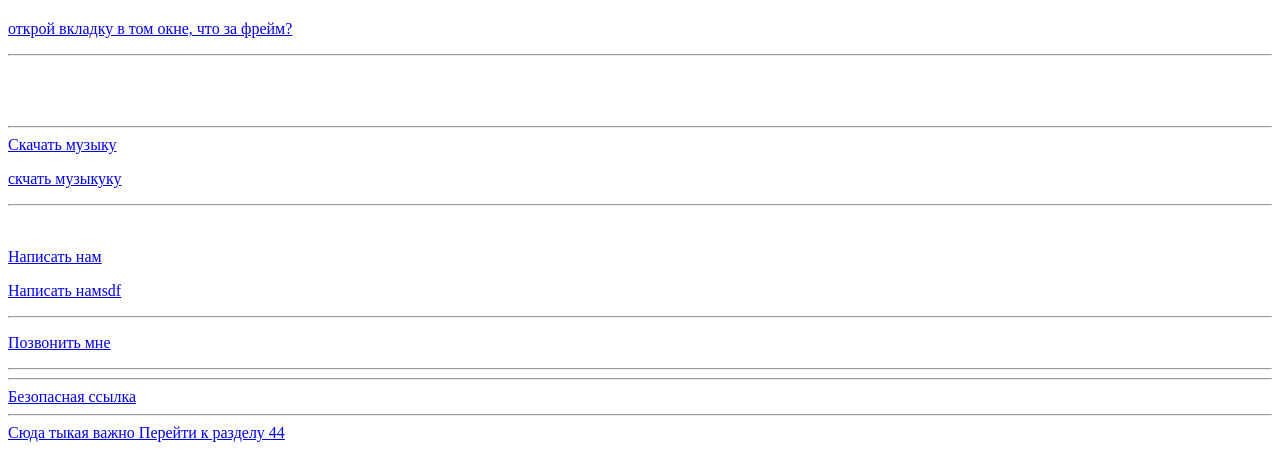
Repository: sannikovcode/exercises-a1
Page: JS/test1/task4/index.html
The author's editor kept a copy of each file at every save. The page is drawn from the files as they stood at one save, then again after the next save.
The browser window is 1280 px wide. The pictures show the part of the page from y = 616 to 1108 px (the page is 1066 px tall before and 1108 px after).

Above is the page before, as saved 2025-10-17 09:12:08.

### JS/test1/task4/index.html
<!DOCTYPE html>
<html lang="en">

<head>
    <meta charset="UTF-8">
    <meta name="viewport" content="width=device-width, initial-scale=1.0">
    <title>88</title>
</head>

<>
    <h1>Заголовок</h1>

    <p>E = mc<sup>2</sup> — формула энергии.</p>

    <p><a href="https://example.com" target="_blank">новая вкладка</a></p>

    <p><a href="https://example.com" target="_self">открой вкладку в том окне</a></p>


    <iframe src="https://example.com" width="600" height="400"></iframe>

    <p><a href="https://example.com" target="_parent">открой вкладку в том окне, что за фрейм?</a></p>


    <hr>
    <br>
    <br>
    <br>
    <hr>

    <a href="music.mp3" download="">Скачать музыку</a>
    <p><a href="music.mp3" download>скчать музыкуку</a></p>

    <hr>
    <br>

    <!--Сылки mailto, tel: -->
    <p><a href="mailto:example@mail.com">Написать нам</a></p>
    <p><a href="mailto:example@mail.com?subject=Вопрос&body=Добрый день">Написать намsdf</a></p>

    <hr>
    <p><a href="tel:+1234567890">Позвонить мне</a></p>

    <hr>
    <hr>
    <!-- rel -->
    <a href="https://example.com" target="_blank" rel="noopener">Безопасная ссылка</a>

    <br>
    <hr>
    <a href="/folder/page.html" target="">Сюда тыкая важно </a>





    <a href="#section44">Перейти к разделу 44</a>


















    </body>

</html>

After the next save:
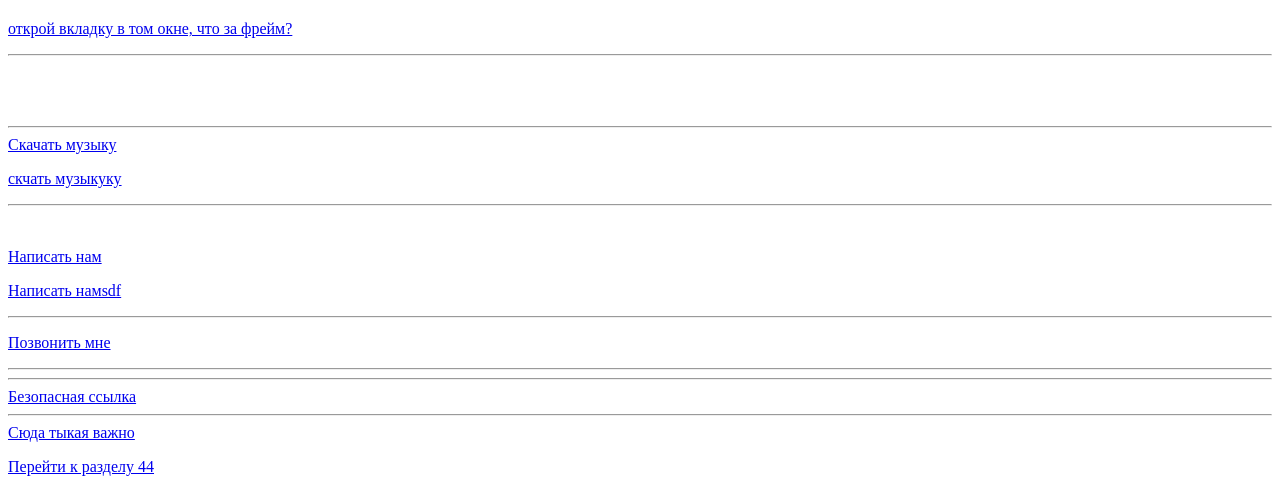
Saved 16 s later.
--- a/JS/test1/task4/index.html
+++ b/JS/test1/task4/index.html
@@ -54,7 +54,10 @@
 
 
 
-    <a href="#section44">Перейти к разделу 44</a>
+    <p><a href="#section44">Перейти к разделу 44</a></p>
+
+
+
 
 
 
